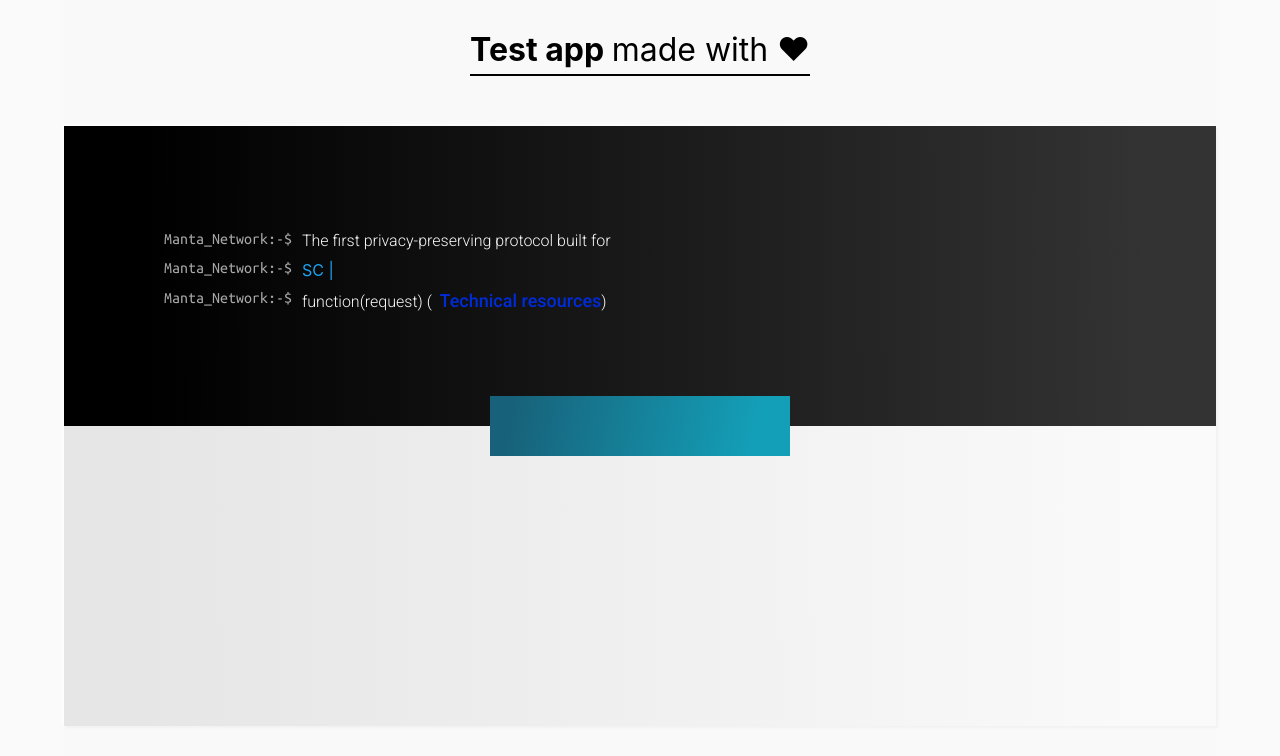
Repository: Khattak01/test-app
Page: /
These files come from the project's save history. The page is drawn as it stood at one moment and after the next save; the edit follows.
The browser window is 1280 px wide. The pictures show the whole page.
The project was rebuilt for these pictures with package versions that can differ from the ones it lists, and the page was loaded fresh each time.

Above is the page before, as saved 2021-05-12 08:27:53.

### public/index.html
<!DOCTYPE html>
<html lang="en">
  <head>
    <meta charset="utf-8" />
    <link rel="icon" href="%PUBLIC_URL%/favicon.ico" />
    <meta name="viewport" content="width=device-width, initial-scale=1" />
    <meta name="theme-color" content="#000000" />
    <meta
      name="description"
      content="Web site created using create-react-app"
    />
    <link rel="apple-touch-icon" href="%PUBLIC_URL%/logo192.png" />
    <!--
      manifest.json provides metadata used when your web app is installed on a
      user's mobile device or desktop. See https://developers.google.com/web/fundamentals/web-app-manifest/
    -->
    <link rel="manifest" href="%PUBLIC_URL%/manifest.json" />
    <!--
      Notice the use of %PUBLIC_URL% in the tags above.
      It will be replaced with the URL of the `public` folder during the build.
      Only files inside the `public` folder can be referenced from the HTML.

      Unlike "/favicon.ico" or "favicon.ico", "%PUBLIC_URL%/favicon.ico" will
      work correctly both with client-side routing and a non-root public URL.
      Learn how to configure a non-root public URL by running `npm run build`.
    -->
    <title>Test App</title>
  </head>
  <body>
    <noscript>You need to enable JavaScript to run this app.</noscript>
    <div id="root"></div>
    <!--
      This HTML file is a template.
      If you open it directly in the browser, you will see an empty page.

      You can add webfonts, meta tags, or analytics to this file.
      The build step will place the bundled scripts into the <body> tag.

      To begin the development, run `npm start` or `yarn start`.
      To create a production bundle, use `npm run build` or `yarn build`.
    -->
  </body>
</html>

### src/index.js
import React from 'react';
import ReactDOM from 'react-dom';
import './index.css';
import App from '../src/components/app/App';

ReactDOM.render(
  <React.StrictMode>
      <App />
  </React.StrictMode>,
  document.getElementById('root')
);

### src/index.css
*{
  margin: 0;
  padding: 0;
  box-sizing: border-box;
}
body {
  margin: 0;
  font-family: -apple-system, BlinkMacSystemFont, 'Segoe UI', 'Roboto', 'Oxygen',
    'Ubuntu', 'Cantarell', 'Fira Sans', 'Droid Sans', 'Helvetica Neue',
    sans-serif;
  -webkit-font-smoothing: antialiased;
  -moz-osx-font-smoothing: grayscale;
}

code {
  font-family: source-code-pro, Menlo, Monaco, Consolas, 'Courier New',
    monospace;
}

.container{
  width:90%;
  margin:auto auto;
  background-color: #f9f9f9;
  padding: 10px;
}

### src/components/app/App.js
import React from 'react'
import './App.css'
import Banner from '../banner/Banner'

const App = () => {
    return (
        <div className="app container">
            <h1>Test app <span style={{fontWeight:'lighter'}}> made with </span> &#10084;</h1>
            <Banner />
        </div>
    )
}

export default App

### src/components/app/App.css
@import url("https://fonts.googleapis.com/css2?family=Ubuntu+Mono:ital,wght@0,400;0,700;1,400&display=swap");
@import url("https://fonts.googleapis.com/css2?family=Roboto:ital,wght@0,300;0,400;0,500;0,700;1,300;1,400;1,500;1,700&display=swap");

body {
  background-color: #fafafa;
}
.app {
  padding: 30px 0;
  min-height: 100vh;
  text-align: center;
}
.app > h1 {
  display: inline-block;

  text-align: center;
  width: max-content;
  padding-bottom: 5px;
  border-bottom: 2px solid black;
  margin-bottom: 50px;
}

:root {
  --color-primary: linear-gradient(
    100.28537797494744deg,
    rgba(23, 98, 122, 1) 6.8671875%,
    rgba(23, 98, 122, 1) 8.216145833333332%,
    rgba(20, 159, 184, 1) 87.80468749999999%
  );

  --color-dark: linear-gradient(
    89.76211853375082deg,
    rgba(0, 0, 0, 1) 5.893229166666666%,
    rgba(0, 0, 0, 1) 7.356770833333332%,
    rgba(51, 51, 51, 1) 93.70572916666666%
  );

  --color-light: linear-gradient(
    89.76211853375082deg,
    rgba(230, 230, 230, 1) 5.893229166666666%,
    rgba(230, 230, 230, 1) 7.356770833333332%,
    rgba(250, 250, 250, 1) 93.70572916666666%
  );

  --font-heading: "Ubuntu Mono", monospace;
  --font-generic: "Roboto", sans-serif;
}

.heading{
  font-family:var(--font-heading);
  color: #a8a8a8;
  font-weight:500;
}
.text{
  font-family: var(--font-generic);
  color: #fafafa;
  font-weight:300;
}

### src/components/banner/Banner.js
import React from 'react'
import classes from './Banner.module.css'

import Box from '../../UI/box/Box'

const Banner = () => {

    return (
        <Box className={classes.banner}>
            {/* <h1>Test App</h1>
            <button className={classes.banner__btn}>Button</button> */}
            <div className={classes.banner__top}>
                <div className={classes.text_box}>
                    <h4 className="heading">Manta_Network:-$</h4>
                    <p className='text'>The first privacy-preserving protocol built for</p>
                </div>
                <div className={classes.text_box}>
                    <h4 className="heading">Manta_Network:-$</h4>
                    <p style={{color:'#1ba4f3'}}>SC |</p>
                </div>
                <div className={classes.text_box}>
                    <h4 className="heading">Manta_Network:-$</h4>
                    <p className='text'>function(request) (&nbsp;&nbsp;<span style={{color:'#002bd9',fontSize:'18px',fontWeight:500}}>Technical resources</span>)</p>
                </div>
            </div>
            <div className={classes.banner__center}></div>
            <div className={classes.banner__bottom}></div>
        </Box>
    )
}

export default Banner

### src/components/banner/Banner.module.css
.banner {
  width: 100%;
  max-width: 80rem;
  /* border: 1px solid black; */
  margin: auto auto;
  /* padding: 20px; */
  position: relative;
}

.banner__top,.banner__bottom{
  min-height: 300px;
  width: 100%;
  background-color: red;
}
.text_box{
  display: flex;
  margin-bottom: 10px;
}

.text_box p{
  margin-left: 10px;
}
.banner__top{
  background-image: var(--color-dark);
  position: relative;

  display: flex;
  justify-content: center;
  flex-direction: column;
  padding-left: 100px;

}
.banner__center{
  position: absolute;
  top: 50%;
  left: 50%;
  transform: translate(-50%,-50%);

  background-image: var(--color-primary);
  width: 300px;
  height:60px
}
.banner__bottom{
  background-image: var(--color-light)
}



.banner__btn {
  margin: auto auto;
  width: 300px !important;
  display: flex;
  justify-content: center;
  align-items: center;
  /* background:#1AAB8A; */

  background-image: var(--color-primary);

  color: #fff;
  border: none;
  position: relative;
  height: 60px;
  font-size: 18px;
  padding: 0 20px;
  cursor: pointer;
  transition: 800ms ease all;
  outline: none;
}
.banner__btn:hover {
  background: #fff;
  color: #1aab8a;
}
.banner__btn:before,
.banner__btn:after {
  content: "";
  position: absolute;
  top: 0;
  right: 0;
  height: 2px;
  width: 0;
  background: #1aab8a;
  transition: 400ms ease all;
}
.banner__btn:after {
  right: inherit;
  top: inherit;
  left: 0;
  bottom: 0;
}
.banner__btn:hover:before,
.banner__btn:hover:after {
  width: 100%;
  transition: 800ms ease all;
}

### src/UI/box/Box.js

import React from 'react'
import classes from './Box.module.css'

const Box = (props) => {
    return (
        <div onClick={props.onClick} className={[classes.box,props.className].join(' ')}>
            {props.children}
        </div>
    )
}

export default Box

### src/UI/box/Box.module.css
.box {
  background-color: #ffffff;
  transition: all 0.25s cubic-bezier(0.86, 1.26, 0.59, 1.03);
  /* min-height: 1rem; */
  /* padding: 1rem; */
  /* border-radius: 1rem; */
  box-shadow: 2px 2px 2px #f2f2f2, -2px -1px 3px #ffffff;
}
.box:hover {
  /* transform: translateZ(0) scale(1.05); */
  backface-visibility: hidden;
}

After the next save:
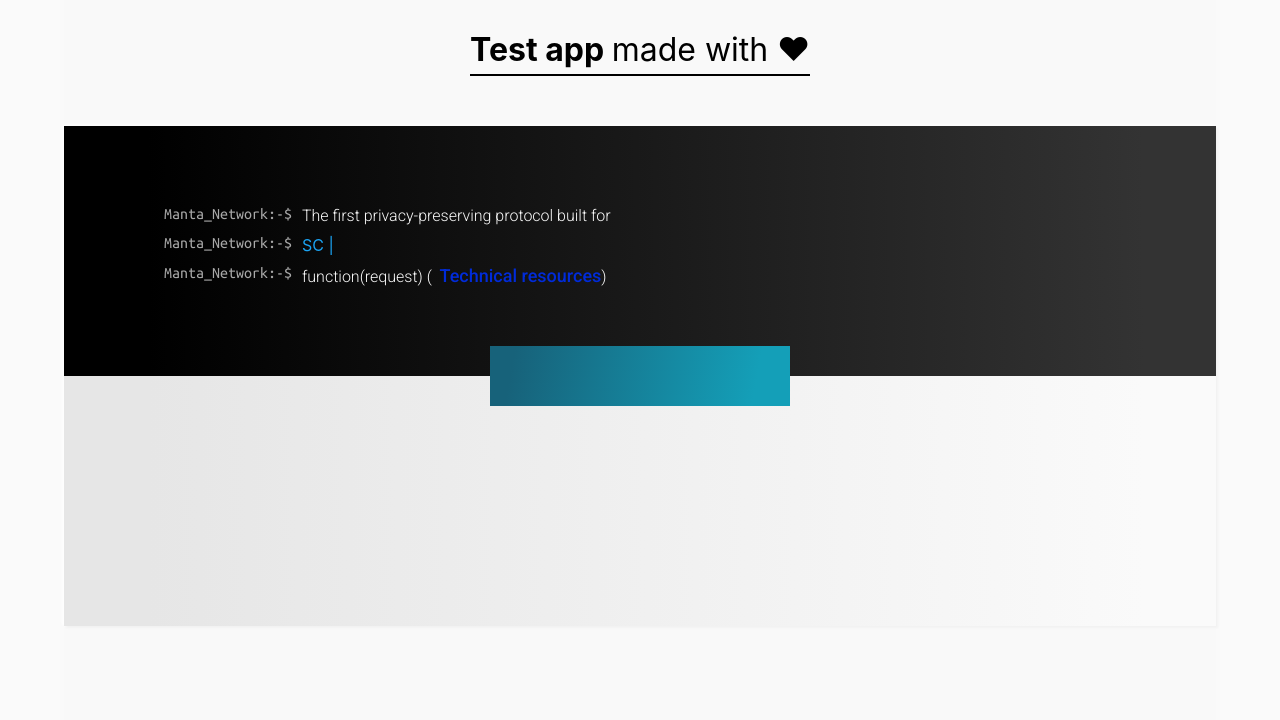
Saved 14 s later.
--- a/src/components/banner/Banner.module.css
+++ b/src/components/banner/Banner.module.css
@@ -8,7 +8,7 @@
 }
 
 .banner__top,.banner__bottom{
-  min-height: 300px;
+  min-height: 250px;
   width: 100%;
   background-color: red;
 }
